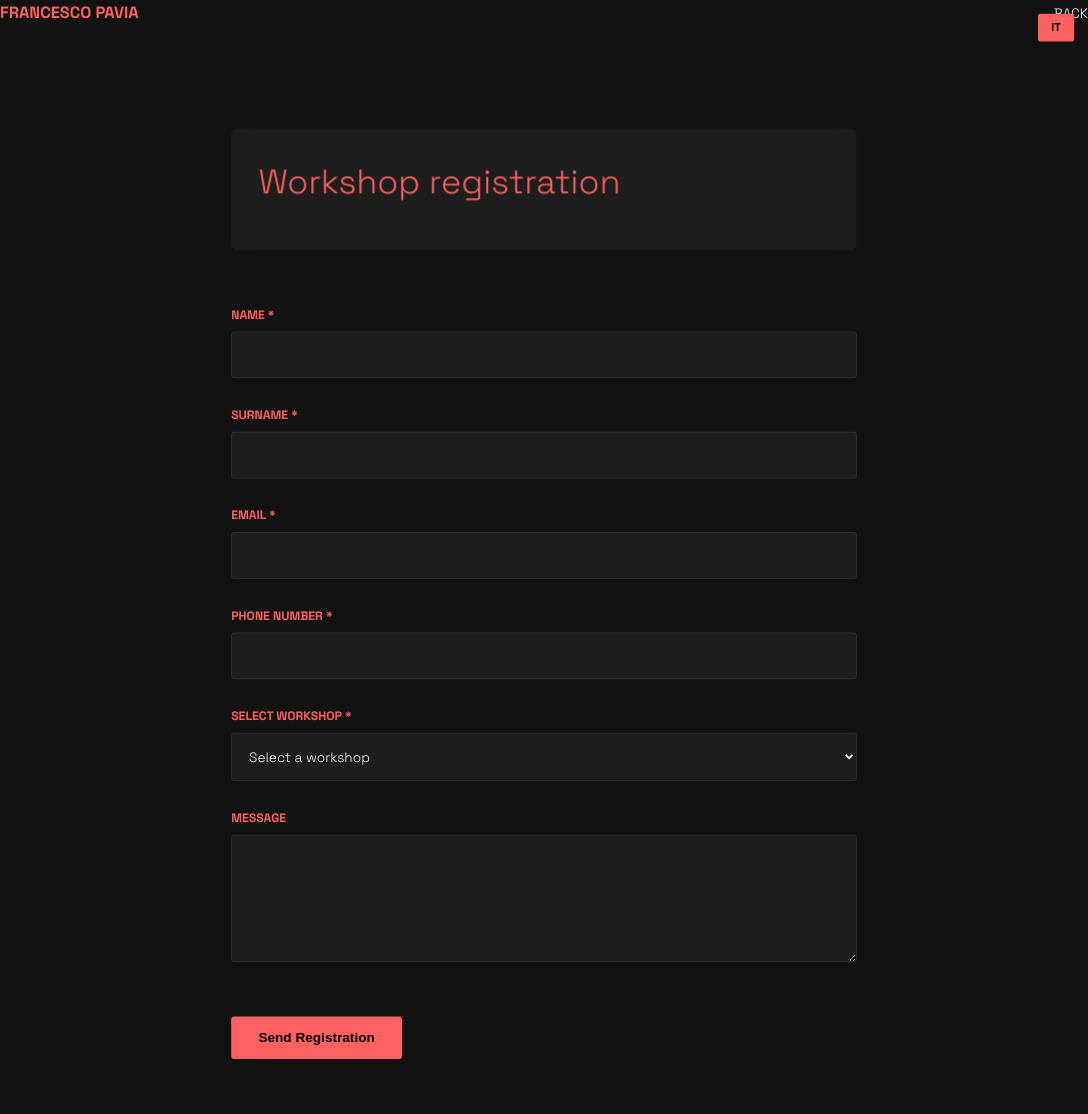
Repository: philipkdpavkia/photo-auto
Page: workshop/iscrizione.html
The author's editor kept a copy of each file at every save. The page is drawn from the files as they stood at one save, then again after the next save.
The browser window is 1280 px wide. The pictures show the whole page, at 85% of full size.

Above is the page before, as saved 2024-11-17 01:11:18.

### workshop/iscrizione.html
<!DOCTYPE html>
<html lang="en">
<head>
    <meta charset="UTF-8">
    <meta name="viewport" content="width=device-width, initial-scale=1.0">
    <title>Workshop registration - Francesco Pavia</title>
    <!-- Security Headers -->
    <meta http-equiv="X-Frame-Options" content="DENY">
    <meta http-equiv="X-XSS-Protection" content="1; mode=block">
    <meta http-equiv="X-Content-Type-Options" content="nosniff">
    <meta http-equiv="Referrer-Policy" content="strict-origin-when-cross-origin">

    <link href="/css/style.css" rel="stylesheet" media="screen"/>
    <link href="https://cdnjs.cloudflare.com/ajax/libs/font-awesome/6.0.0/css/all.min.css" rel="stylesheet" media="all"/>

    <!-- reCAPTCHA -->
    <script src="https://www.google.com/recaptcha/api.js" async defer></script>

    <!-- Script traduzioni -->
    <script>
        const translations = {
            en: {
                "back": "BACK",
                "workshop_registration": "Workshop registration",
                "name": "Name *",
                "surname": "Surname *",
                "email": "Email *",
                "phone": "Phone Number *",
                "message": "Message",
                "send_registration": "Send Registration",
                "workshop_details": {
                    "senegal": {
                        "title": "Senegal Adventures",
                        "details": "Photography workshop in Senegal • 8 days • December 12-19, 2025 • €2,000"
                    },
                    "mexico": {
                        "title": "Dia de Muertos",
                        "details": "Photography workshop in Mexico • 8 days • October 27 - November 3, 2024 • €2,000"
                    },
                    "cuba": {
                        "title": "Havana City Life",
                        "details": "Photography workshop in Cuba • 10 days • March 12-19, 2025 • €2,000"
                    }
                },
                "registration_prefix": "Registration: "
            },
            it: {
                "back": "INDIETRO",
                "workshop_registration": "Iscrizione Workshop",
                "name": "Nome *",
                "surname": "Cognome *",
                "email": "Email *",
                "phone": "Telefono *",
                "message": "Messaggio",
                "send_registration": "Invia Iscrizione",
                "workshop_details": {
                    "senegal": {
                        "title": "Senegal Adventures",
                        "details": "Workshop fotografico in Senegal • 8 giorni • 12-19 Dicembre 2025 • €2.000"
                    },
                    "mexico": {
                        "title": "Dia de Muertos",
                        "details": "Workshop fotografico in Messico • 10 giorni • 26 Ottobre - 3 Novembre 2025 • €2.000"
                    },
                    "cuba": {
                        "title": "Havana City Life",
                        "details": "Workshop fotografico a Cuba • 10 giorni • 12-19 Marzo 2025 • €2.000"
                    }
                },
                "registration_prefix": "Iscrizione: "
            }
        };

        class LanguageManager {
            constructor() {
                this.currentLang = localStorage.getItem('userLanguage') || 'en';
                document.documentElement.lang = this.currentLang;
                this.updateLangButton();
            }

            setLanguage(lang) {
                if (translations[lang]) {
                    this.currentLang = lang;
                    localStorage.setItem('userLanguage', lang);
                    document.documentElement.lang = lang;
                    this.updateContent();
                    this.updateWorkshopDetails();
                    this.updateLangButton();
                }
            }

            updateLangButton() {
                const button = document.getElementById('langSwitch');
                if (button) {
                    button.textContent = this.currentLang === 'it' ? 'EN' : 'IT';
                    button.onclick = () => this.setLanguage(this.currentLang === 'it' ? 'en' : 'it');
                }
            }

            translate(key) {
                return translations[this.currentLang][key] || key;
            }

            updateContent() {
                document.querySelectorAll('[data-i18n]').forEach(element => {
                    const key = element.getAttribute('data-i18n');
                    if (translations[this.currentLang][key]) {
                        element.innerHTML = translations[this.currentLang][key];
                    }
                });
            }

            updateWorkshopDetails() {
                const urlParams = new URLSearchParams(window.location.search);
                const workshop = urlParams.get('workshop');
                if (workshop && translations[this.currentLang].workshop_details[workshop]) {
                    document.getElementById('workshopTitle').textContent =
                        translations[this.currentLang].registration_prefix +
                        translations[this.currentLang].workshop_details[workshop].title;
                    document.getElementById('workshopDetails').textContent =
                        translations[this.currentLang].workshop_details[workshop].details;
                }
            }
        }

        let langManager;
        document.addEventListener('DOMContentLoaded', () => {
            langManager = new LanguageManager();
            langManager.updateContent();
            langManager.updateWorkshopDetails();
        });

        // Form validation function
        function validateForm(event) {
            const email = document.getElementById('email').value;
            const phone = document.getElementById('telefono').value;

            // Email validation
            const emailRegex = /^[^\s@]+@[^\s@]+\.[^\s@]+$/;
            if (!emailRegex.test(email)) {
                alert('Please enter a valid email address');
                event.preventDefault();
                return false;
            }

            // Phone validation
            const phoneRegex = /^\+?[\d\s-]{8,}$/;
            if (!phoneRegex.test(phone)) {
                alert('Please enter a valid phone number');
                event.preventDefault();
                return false;
            }

            // reCAPTCHA validation
            const recaptchaResponse = grecaptcha.getResponse();
            if (!recaptchaResponse) {
                alert('Please complete the reCAPTCHA');
                event.preventDefault();
                return false;
            }

            return true;
        }
    </script>
</head>
<body class="registration-page">
    <div class="lang-selector">
        <button class="lang-switch" id="langSwitch" onclick="langManager.setLanguage('it')">IT</button>
    </div>

    <nav class="nav">
        <div class="logo" onclick="window.location.href='/'">FRANCESCO PAVIA</div>
        <div class="menu">
            <div class="menu-item" onclick="history.back()" data-i18n="back">BACK</div>
        </div>
    </nav>

    <div class="form-container">
        <div class="workshop-header">
            <h1 class="workshop-title" id="workshopTitle" data-i18n="workshop_registration">Workshop registration</h1>
            <div class="workshop-details" id="workshopDetails"></div>
        </div>

        <form action="https://formspree.io/f/mldenwbq"
              method="POST"
              class="registration-form"
              onsubmit="return validateForm(event)">

            <!-- Honeypot field -->
            <input type="text"
                   name="_honey"
                   style="display: none"
                   tabindex="-1"
                   autocomplete="off">

            <div class="form-group">
                <label for="nome" data-i18n="name">Name *</label>
                <input type="text"
                       id="nome"
                       name="nome"
                       required
                       pattern="[A-Za-z\s]{2,50}"
                       maxlength="50"
                       onkeypress="return /[A-Za-z\s]/i.test(event.key)">
            </div>

            <div class="form-group">
                <label for="cognome" data-i18n="surname">Surname *</label>
                <input type="text"
                       id="cognome"
                       name="cognome"
                       required
                       pattern="[A-Za-z\s]{2,50}"
                       maxlength="50"
                       onkeypress="return /[A-Za-z\s]/i.test(event.key)">
            </div>

            <div class="form-group">
                <label for="email" data-i18n="email">Email *</label>
                <input type="email"
                       id="email"
                       name="email"
                       required
                       maxlength="100">
            </div>

            <div class="form-group">
                <label for="telefono" data-i18n="phone">Phone Number *</label>
                <input type="tel"
                       id="telefono"
                       name="telefono"
                       required
                       pattern="[\d\s\-\+]{8,}"
                       maxlength="20"
                       onkeypress="return /[\d\s\-\+]/i.test(event.key)">
            </div>

            <div class="form-group">
                <label for="workshop-selection" data-i18n="workshop">Select Workshop *</label>
                <select id="workshop-selection"
                        name="workshop"
                        required>
                    <option value="">Select a workshop</option>
                    <option value="senegal">Workshop Senegal</option>
                    <option value="mexico">Workshop Mexico</option>
                    <option value="cuba">Workshop Cuba</option>
                </select>
            </div>

            <div class="form-group">
                <label for="messaggio" data-i18n="message">Message</label>
                <textarea id="messaggio"
                         name="messaggio"
                         maxlength="1000"></textarea>
            </div>

            <!-- reCAPTCHA -->
            <div class="g-recaptcha" data-sitekey="6LdTN4EqAAAAANEkwNrAfw7F_ATbwErrxswXLIev"></div>

<input type="hidden" name="_next" value="grazie.html">

<button type="submit"
        class="submit-button"
        data-i18n="send_registration">Send Registration</button>
        </form>
    </div>

    <!-- Optional: Add rate limiting script -->
    <script>
        const submitButton = document.querySelector('.submit-button');
        let lastSubmitTime = 0;
        const THROTTLE_TIME = 30000; // 30 seconds

        submitButton.addEventListener('click', (e) => {
            const now = Date.now();
            if (now - lastSubmitTime < THROTTLE_TIME) {
                e.preventDefault();
                alert('Please wait before submitting again');
                return false;
            }
            lastSubmitTime = now;
        });
    </script>
</body>
</html>

Loaded but not shown: css/style.css (867 lines, source omitted)

After the next save:
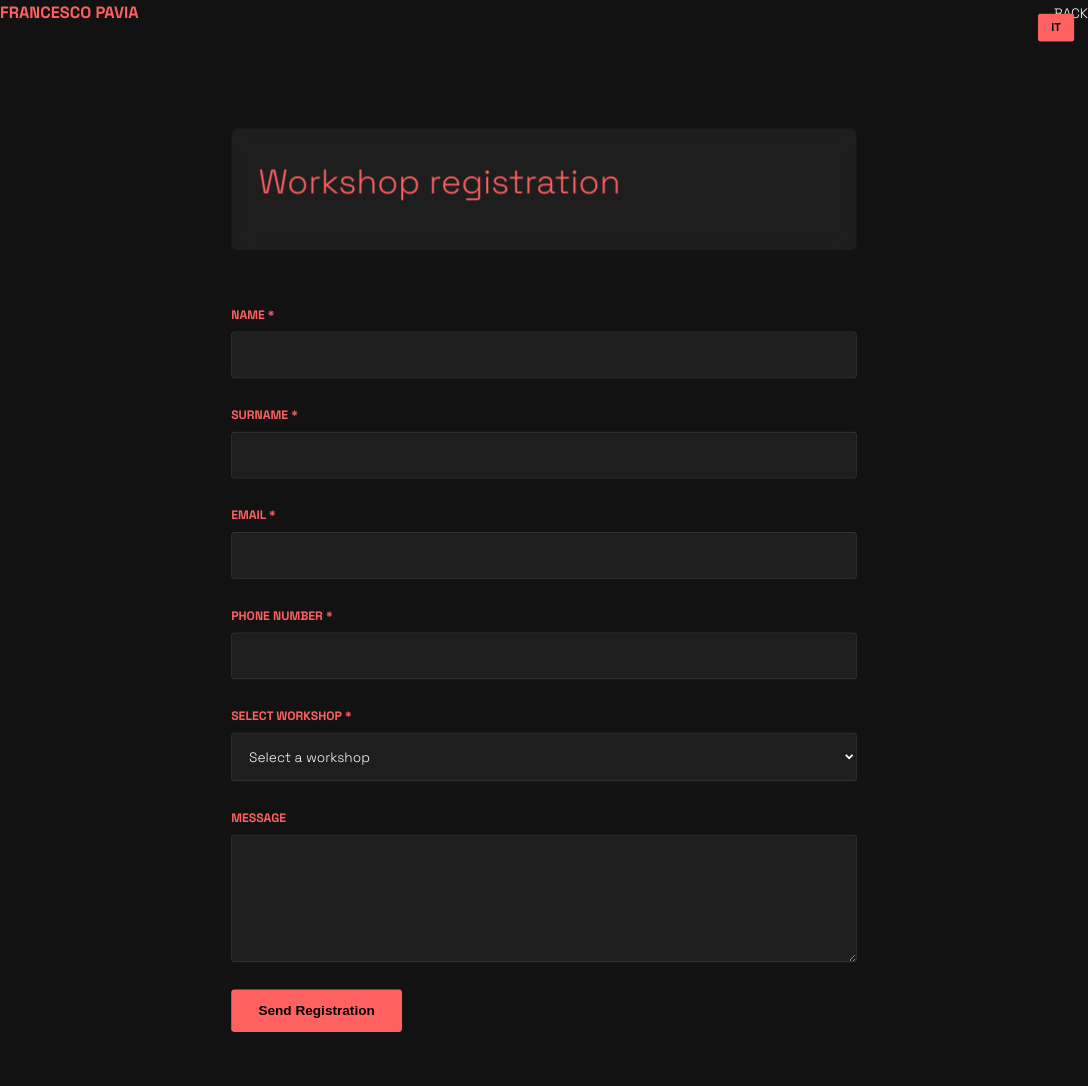
Saved 2 min 20 s later.
--- a/workshop/iscrizione.html
+++ b/workshop/iscrizione.html
@@ -253,10 +253,6 @@
                          name="messaggio"
                          maxlength="1000"></textarea>
             </div>
-
-            <!-- reCAPTCHA -->
-            <div class="g-recaptcha" data-sitekey="6LdTN4EqAAAAANEkwNrAfw7F_ATbwErrxswXLIev"></div>
-
 <input type="hidden" name="_next" value="grazie.html">
 
 <button type="submit"
